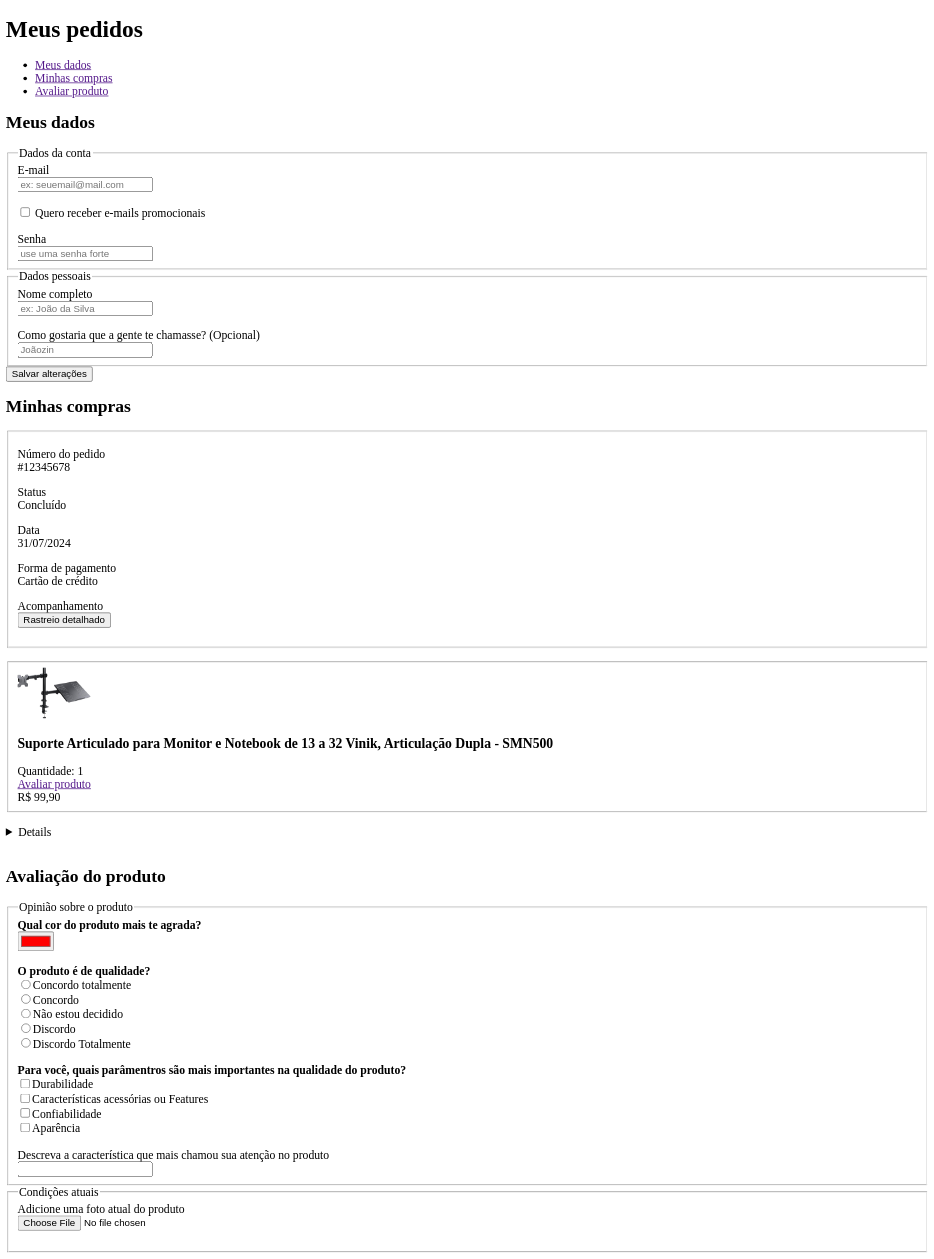
Repository: claudemir-camargo/site-compras
Page: index.html
These files come from the project's save history. The page is drawn as it stood at one moment and after the next save; the edit follows.
The browser window is 1280 px wide. The pictures show the whole page, at 73% of full size.

Above is the page before, as saved 2024-03-03 23:22:56.

After the next save:
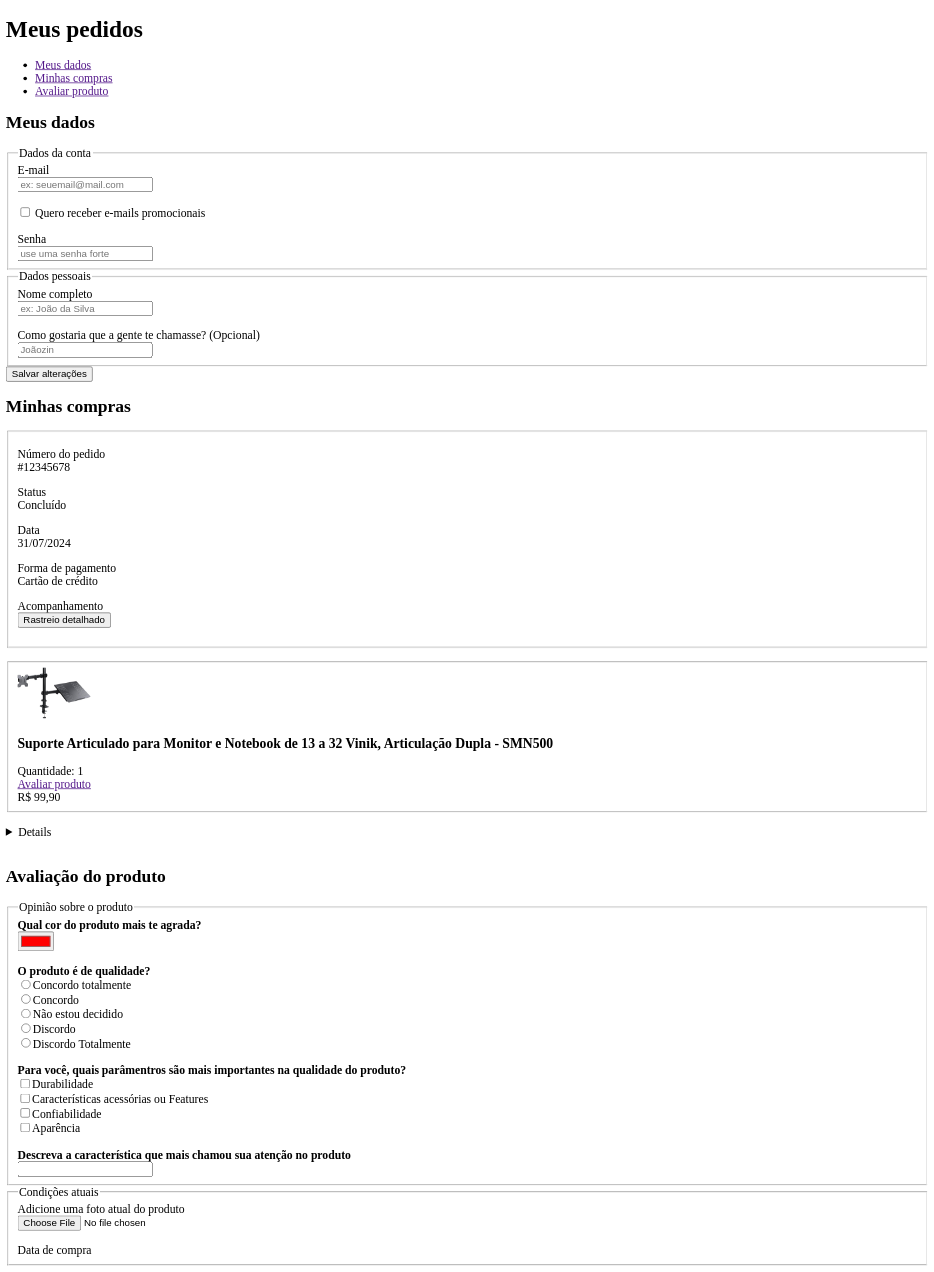
Saved 63 s later.
--- a/index.html
+++ b/index.html
@@ -99,7 +99,7 @@
             <input type="checkbox"><label>Confiabilidade</label><br>
             <input type="checkbox"><label>Aparência</label>
             <br><br>
-            <label>Descreva a característica que mais chamou sua atenção no produto</label><br>
+            <label><strong>Descreva a característica que mais chamou sua atenção no produto</strong></label><br>
             <input type="text">
         </fieldset>
         <fieldset>
@@ -107,7 +107,7 @@
             <label>Adicione uma foto atual do produto</label><br>
             <input type="file">
             <br><br>
-
+            <label>Data de compra</label>
         </fieldset>
 
 
